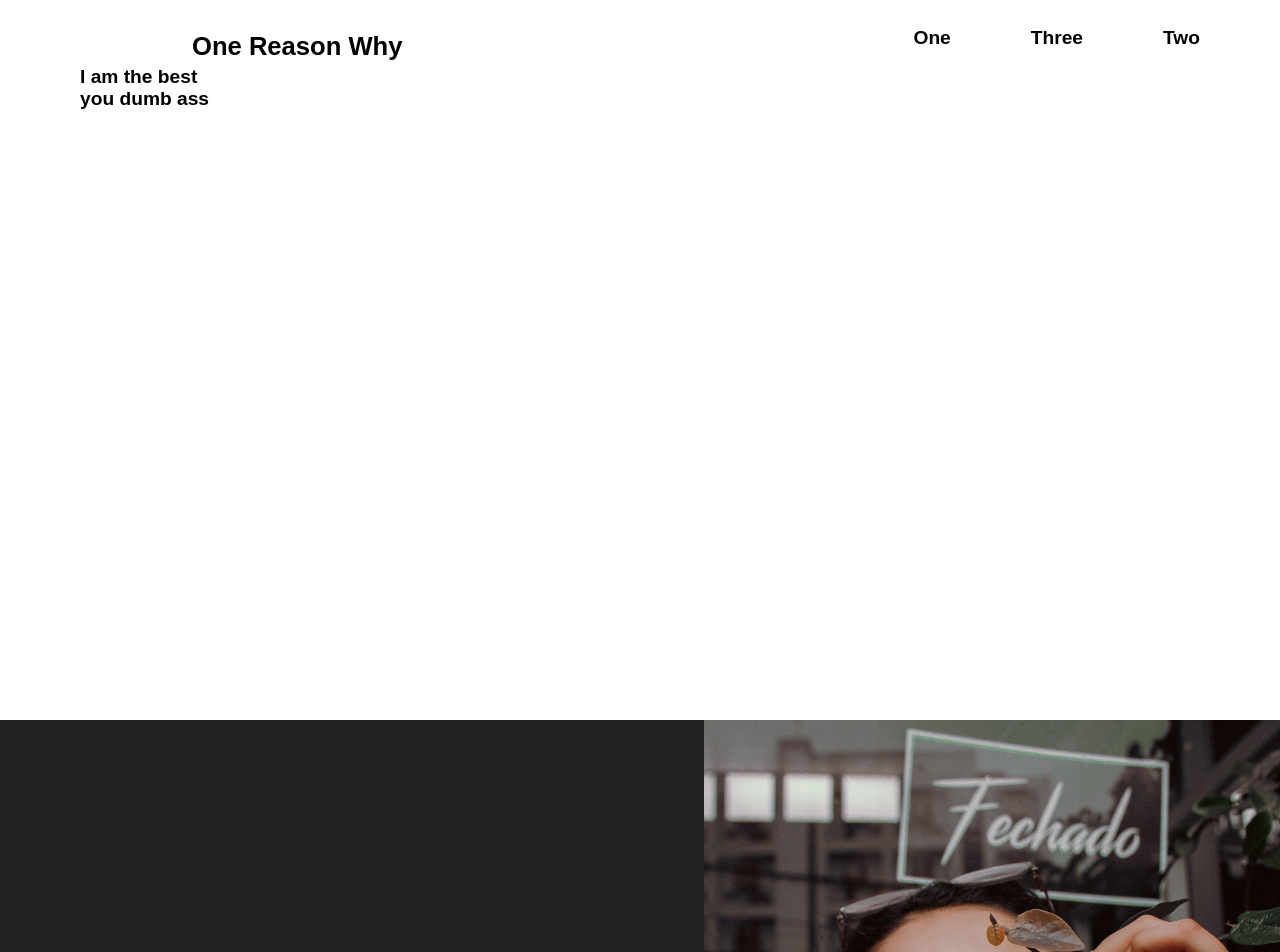
Repository: Imprasna/scrollmagic
Page: index.html
An editor plug-in stored every save of this project. The page is shown before and after the next save, followed by the edit.
The browser window is 1280 px wide. The pictures show the part of the page from y = 0 to 952 px (the page is 2200 px tall).
A picture or video elsewhere on the page could not be fetched, so the positions and the page height are approximate. Some web fonts or font styles are not loaded; a fallback is used. Some web libraries are served in a nearby version.

Above is the page before, as saved 2021-11-14 18:20:35.

After the next save:
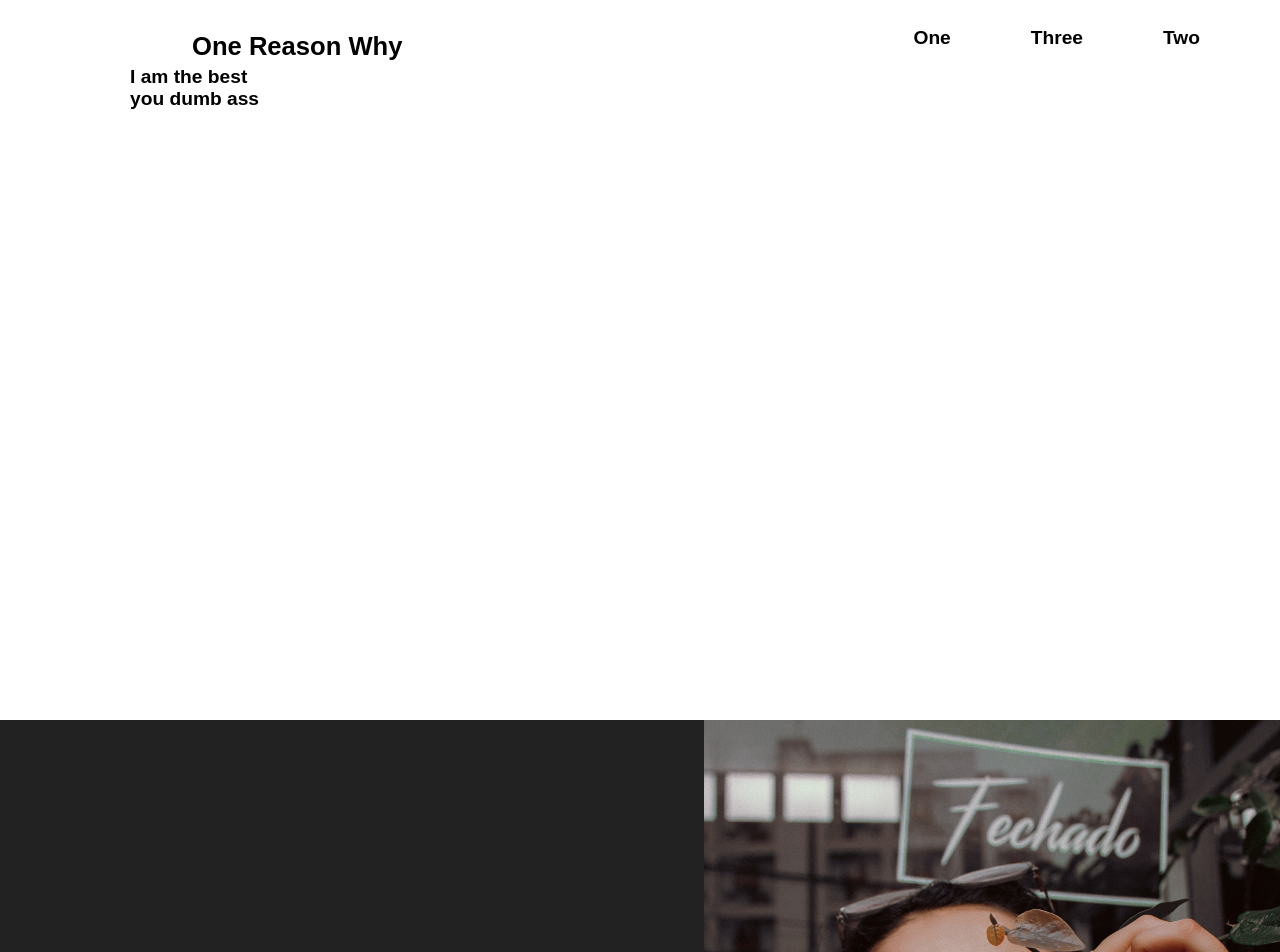
Saved 8 s later.
--- a/app.js
+++ b/app.js
@@ -27,5 +27,5 @@ let tl3 = gsap.timeline({
     },
 });
 
-tl.fromTo(".sliding-text", { x:0 }, { y:50 });
+tl.fromTo(".sliding-text", { x:50 }, { y:50 });
 tl2.fromTo(".logo", {scale: 6}, {scale: 1, top: "2rem", left: "12rem", x: "50%", y: "50%", pin: true});
